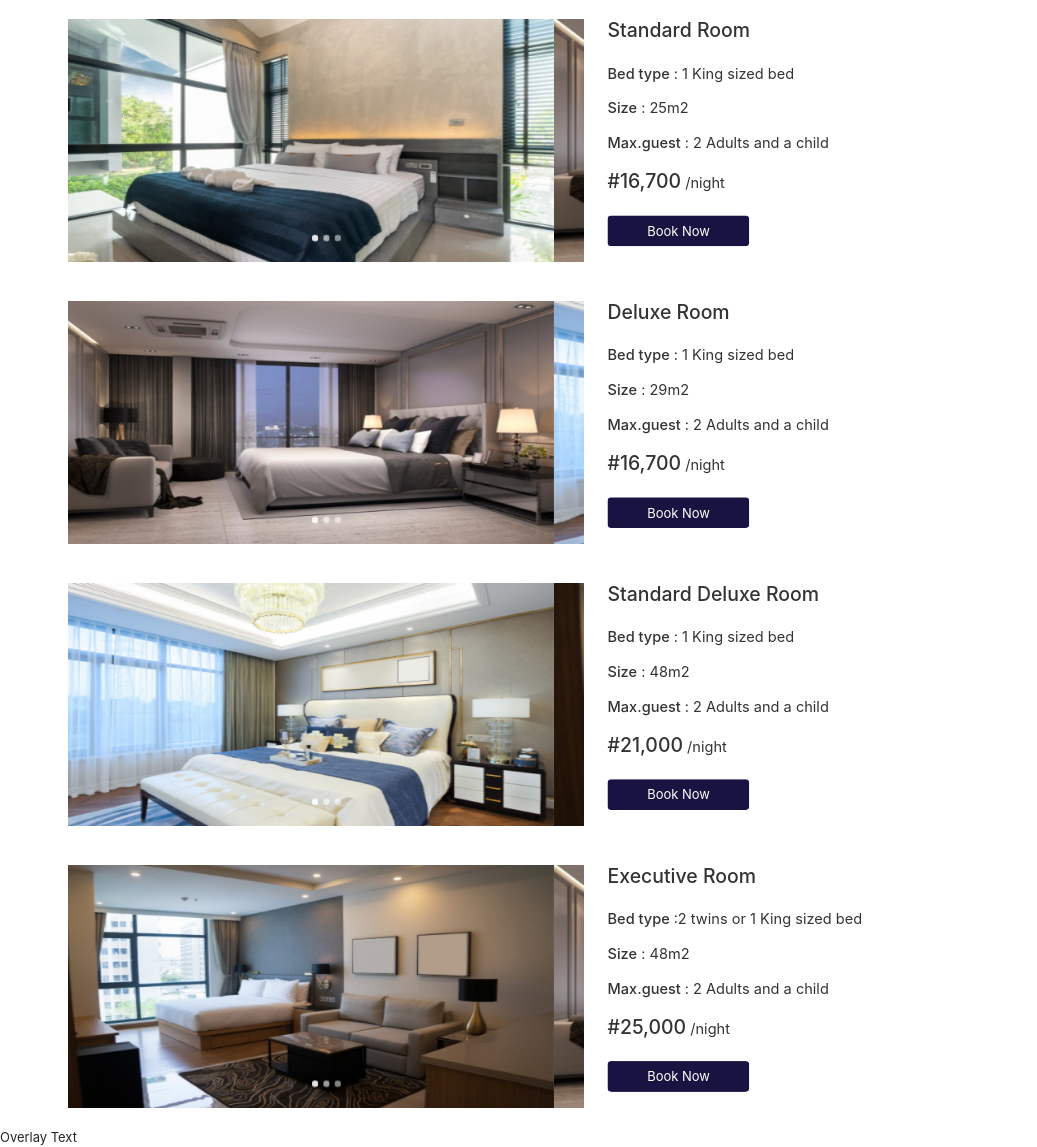
Repository: Syfon01/hotel-website
Page: room.html
An editor plug-in stored every save of this project. The page is shown before and after a run of saves, followed by the edit.
The browser window is 1280 px wide. The pictures show the whole page, at 81% of full size.

Above is the page before, as saved 2020-06-08 18:50:47.
Not found: img/background-1932466_1920-320x212.jpg

After the next 3 saves:
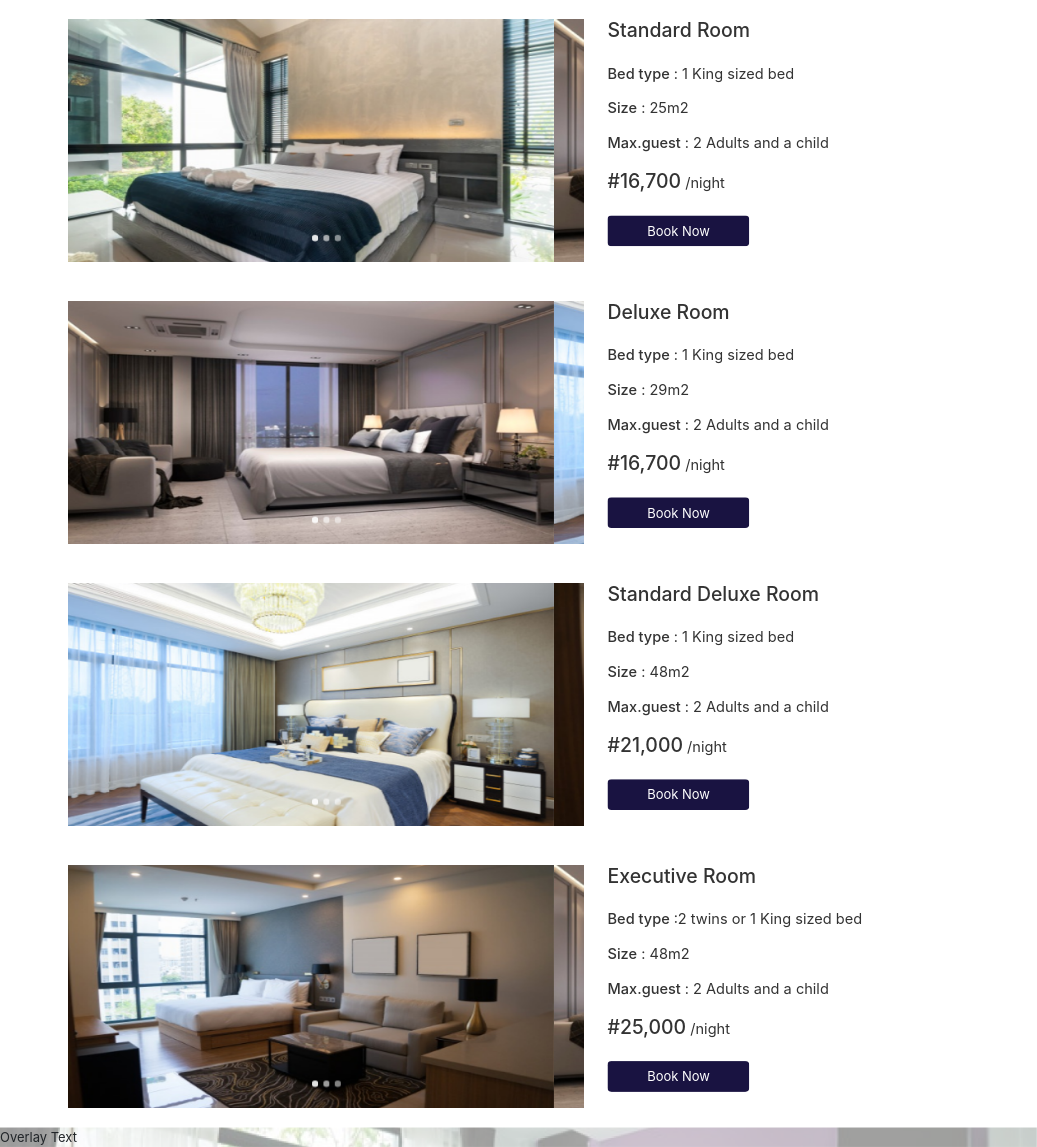
The 3 saves are shown as one change because they came seconds apart.
The last was saved 10 s later.
--- a/room.css
+++ b/room.css
@@ -33,7 +33,7 @@ p{
 }
 
 .hero::before {
-  background-image: url(/img/background-1932466_1920-320x212.jpg);
+  background-image: url(/img/explore.png);
   background-size: cover;
   content: "";
   display: block;
